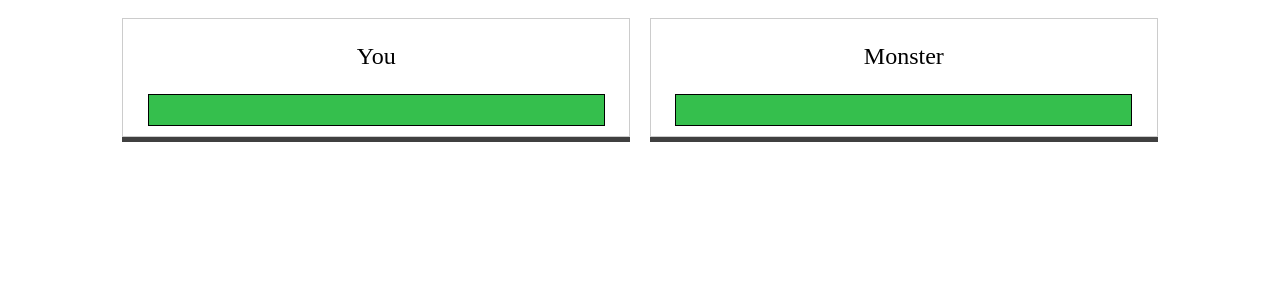
Repository: jakublack/game-fight-vue
Page: /
An editor plug-in stored every save of this project. The page is shown before and after a run of saves, followed by the edit.
The browser window is 1280 px wide. The pictures show the whole page.
The project was rebuilt for these pictures with package versions that can differ from the ones it lists, and the page was loaded fresh each time.

Above is the page before, as saved 2018-08-08 20:47:54.

After the next 2 saves:
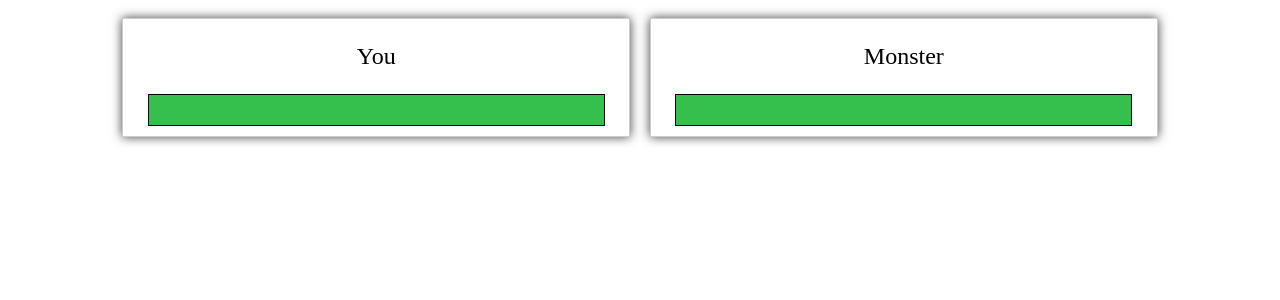
The 2 saves are shown as one change because they came seconds apart.
The last was saved 7 s later.
--- a/src/components/Game.vue
+++ b/src/components/Game.vue
@@ -36,7 +36,7 @@ export default {
   margin: 10px;
   text-align: center;
   border: 1px solid #ccc;
-  box-shadow: 0px 5px 0px 0px rgba(0,0,0,0.75);
+  box-shadow: 0px 0px 10px 0px rgba(0,0,0,0.75);
 }
 
 .person--player p {
